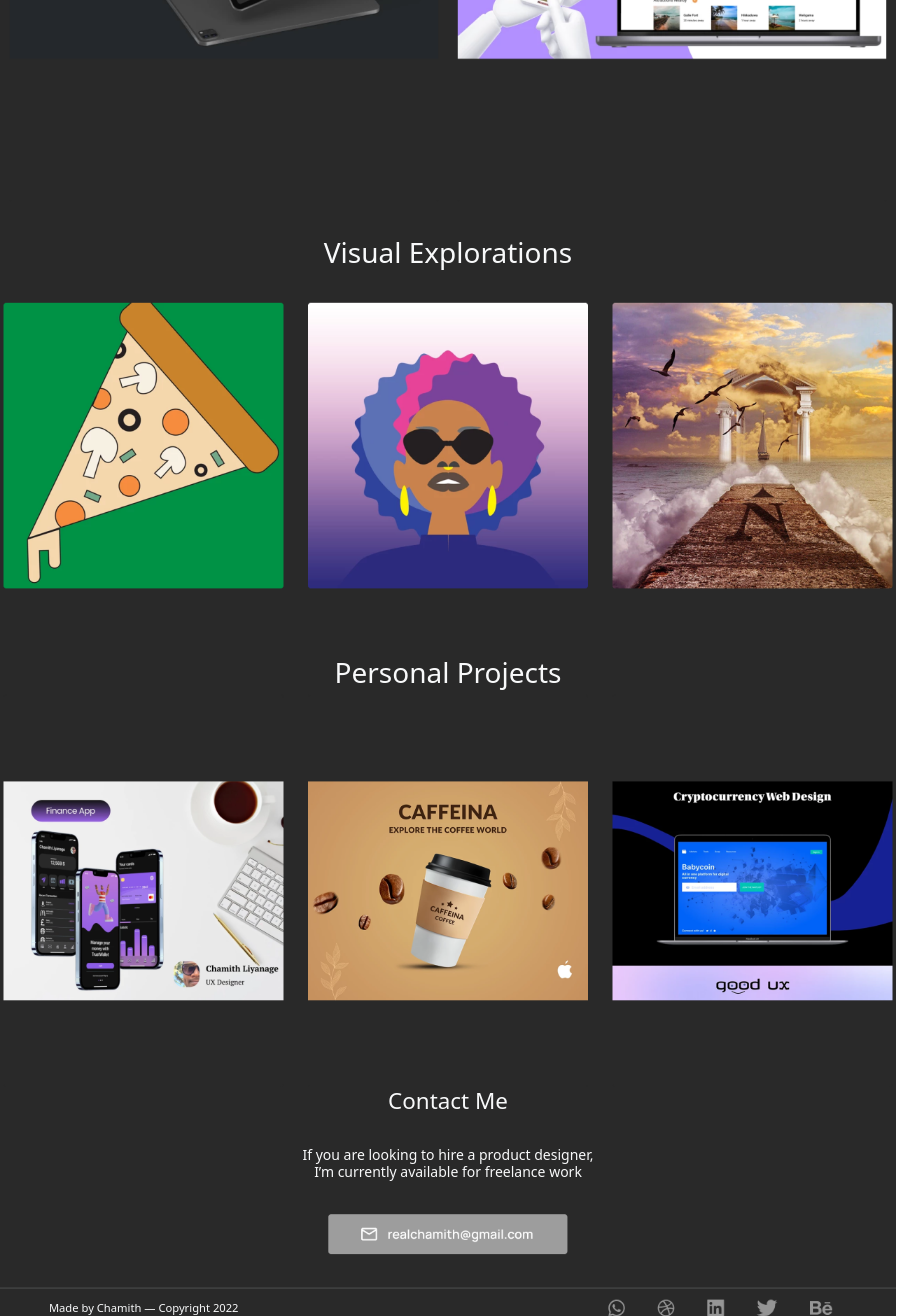
Repository: Realchamithweb/chamith-html
Page: index.html
An editor plug-in stored every save of this project. The page is shown before and after the next save, followed by the edit.
The browser window is 1280 px wide. The page is 1292 px wide, so the pictures cover 1292 px, including what lies to the right of the window. The pictures show the part of the page from y = 2232 to 4112 px (the page is 4112 px tall), at 70% of full size.

Above is the page before, as saved 2023-01-04 12:06:26.

After the next save:
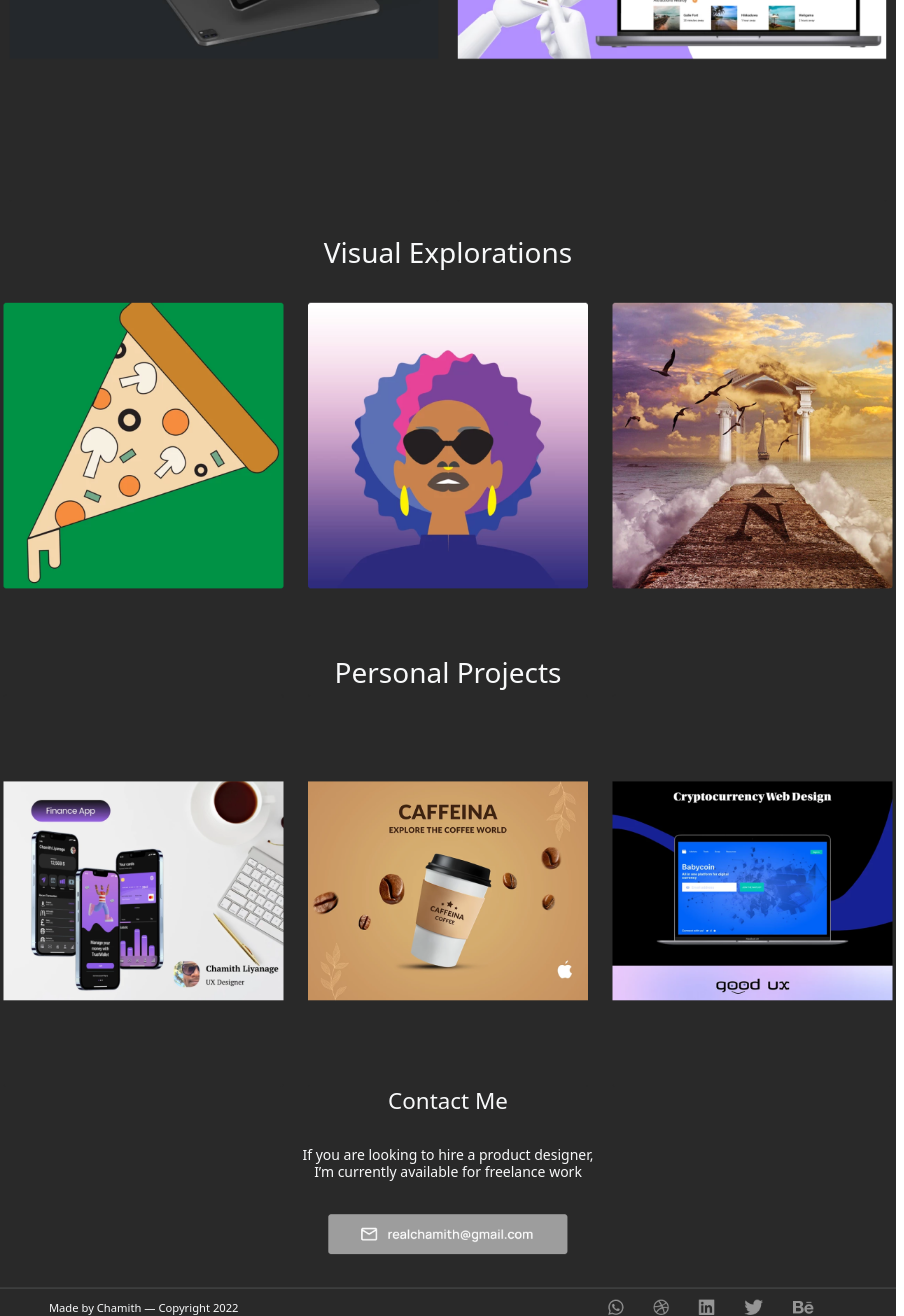
Saved 4 s later.
--- a/index.html
+++ b/index.html
@@ -146,7 +146,7 @@
                             <hr class="text-light">
                             <div class="col-lg-4 text-center text-light">Made by Chamith — Copyright 2022</div>
                             <div class="col-lg-4"></div>
-                            <div class="col-lg-4 d-flex align-selfalign-self-baseline"><img src="/inc/Icons.png" class="img02"></div>
+                            <div class="col-lg-4 d-flex align-self-baseline"><img src="/inc/Icons.png" class="img02"></div>
                         </div>
                     </div>
                 </div>
